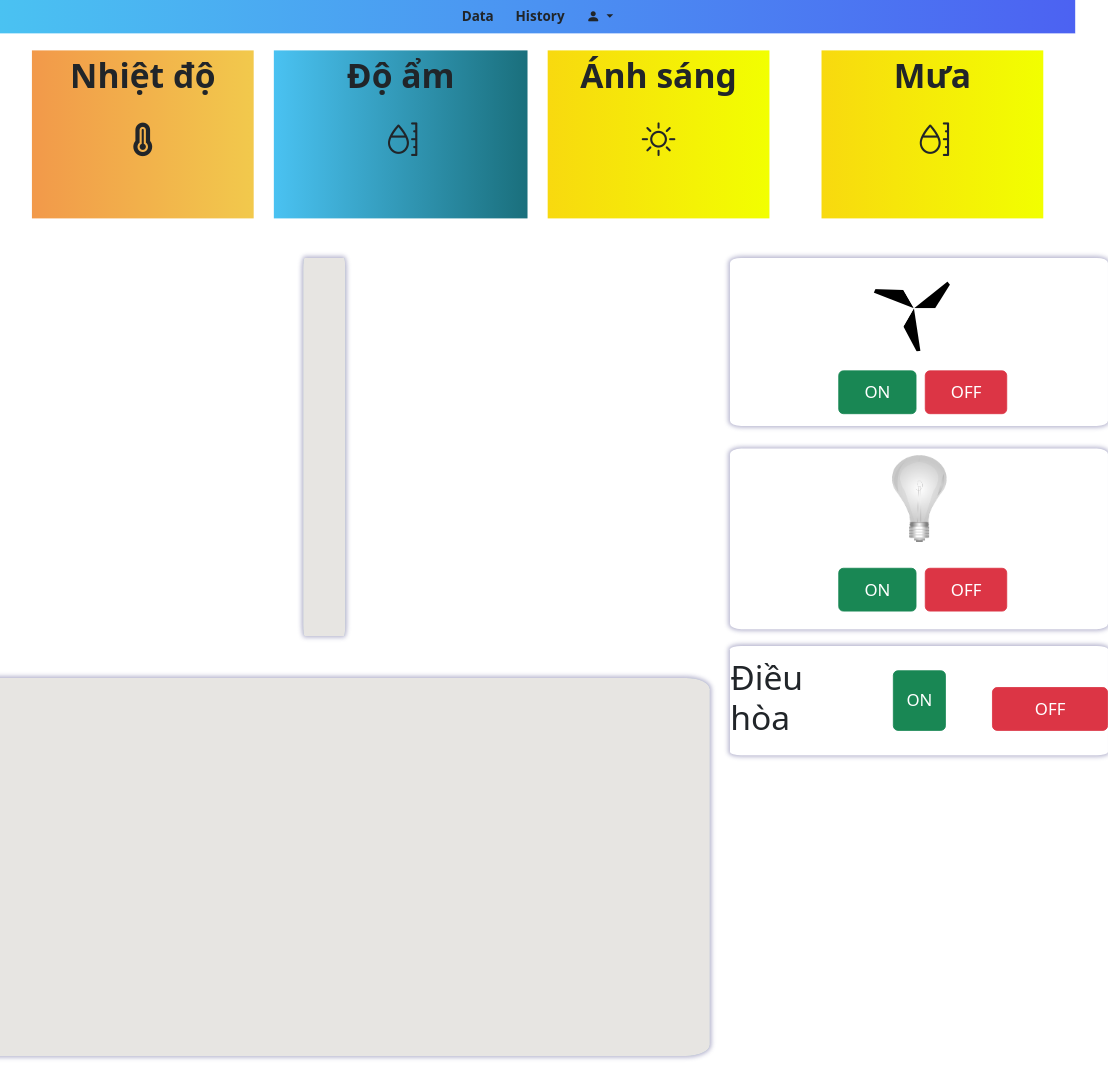
Repository: ndmq03102002/BTL_IOT
Page: Fontend_IOT/iot/index.html
The author's editor kept a copy of each file at every save. The page is drawn from the files as they stood at one save, then again after a run of saves.
The browser window is 1280 px wide. The page is 1319 px wide, so the pictures cover 1319 px, including what lies to the right of the window. The pictures show the whole page, at 84% of full size.
The page's requests for data from a server got no answer. Some web libraries are served in a nearby version.

Above is the page before, as saved 2023-09-25 00:12:38.

### Fontend_IOT/iot/index.html
<!DOCTYPE html>
<html lang="en">
<head>
    <meta charset="UTF-8">
    <meta name="viewport" content="width=device-width, initial-scale=1.0">
    <title>Document</title>
    <link rel="stylesheet" href="style.css">
    <link rel="stylesheet" href="bootstrap/css/bootstrap.css">
    <script src="https://cdnjs.cloudflare.com/ajax/libs/Chart.js/2.9.4/Chart.js"></script>
    <script src="https://kit.fontawesome.com/1be2f108e2.js" crossorigin="anonymous"></script>
    <link rel="stylesheet" href="https://cdn.jsdelivr.net/npm/bootstrap-icons@1.10.5/font/bootstrap-icons.css">
    <link rel="stylesheet" href="https://cdnjs.cloudflare.com/ajax/libs/font-awesome/6.0.0/css/all.min.css" integrity="sha512-9usAa10IRO0HhonpyAIVpjrylPvoDwiPUiKdWk5t3PyolY1cOd4DSE0Ga+ri4AuTroPR5aQvXU9xC6qOPnzFeg==" crossorigin="anonymous" referrerpolicy="no-referrer" />
</head>
<header style="width: 100%; height: 40px; margin :auto;background: linear-gradient(to right, #4ac2f2, #4c62f2)">
    <div class="col-sm-12 data">
        <a href="data.html" class="btn" style="font-weight: bold;">Data</a>
        <a href="history.html" class="btn" style="font-weight: bold;">History</a>
        <div class="btn-group" >
            <a class="btn btn-white dropdown-toggle"  href="#" role="button" data-bs-toggle="dropdown" aria-expanded="false">
                <i class="bi bi-person-fill"></i>
            </a>
            <ul class="dropdown-menu">
                <li><a href="javascript:" class="dropdown-item"><i class="bi bi-person"></i> MSV: B20DCCN567</a></li>
                <li><a href="javascript:" class="dropdown-item"><i class="bi bi-phone"></i> Phone: 0961264306</a></li>
                <li><a href="message.html" class="dropdown-item"><i class="bi bi-envelope"></i> Email: Nguyendinhmanhquynh@gmail.com</a></li>
            </ul>
          </div>
    </div>
</header>
<body>
     <div  style="background-color:white;height:700px; margin-bottom: 50px;">
        <div class="row">
            <div  class="col-sm-3 col-pd"style="padding-left: 50px;" >
                <div class="block1 block-size">
                        <p >Nhiệt độ</p>
                        <p style="display: inline; " class="count1"></p>
                        <span><i class='fa-solid fa-temperature-full'></i></span>

                </div>
            </div>
            <div class="col-sm-3 col-pd">
                <div class="block2 block-size">
                    <p> Độ ẩm</p>
                    <p style="display: inline;" class="count2"></p>
                    <span> <i class="bi bi-moisture"></i></span>
                </div>
            </div>
            <div class="col-sm-3 col-pd" style="padding-right: 50px;">
                <div class="block3 block-size">
                    <p>Ánh sáng</p>
                    <p style="display: inline;" class="count3"></p>
                    <span> <i class="bi bi-brightness-high"></i></span>
                </div>
            </div>
            <div class="col-sm-3 col-pd" style="padding-right: 50px;">
                <div class="block4 block-size">
                    <p>Mưa</p>
                    <p style="display: inline;" class="count4"></p>
                    <span> <i class="bi bi-moisture"></i></span>
                </div>
            </div>
            <div class="col-sm-4 " >
                <div class="block" style="height: 450px;width: 50px; float:right; margin-left:100px">
                    <canvas id="myChart" style="border-radius: 3%; width:100%;height: 100%;background-color: rgb(231, 229, 226);"></canvas>
                </div>
            </div>
            <div class="col-sm-4 " >
                <div class="block" style="height: 450px;width: 950px; float:right; margin-top: 500px;">
                    <canvas id="myChart2" style="border-radius: 3%; width:100%;height: 100%;background-color: rgb(231, 229, 226);"></canvas>
                </div>
            </div>
            <div class="col-sm-4 ">
                <div class="block" style=" background-color: white; height: 200px; width: 450px; float: left; display: flex; justify-content: center; align-items: center;">
                    <div class="fan">
                        <div class="blade blade-1"></div>
                        <div class="blade blade-2"></div>
                        <div class="blade blade-3"></div>
                        <div class="stand"></div>
                    </div>
                    <div class="button" style="margin-top:120px; margin-right: 120px;">
                        <button class="btn btn-success onLampRight " style="--bs-btn-padding-y: 10px; --bs-btn-padding-x: 30px; --bs-btn-font-size: 20px; ">ON</button>
                         <button class="btn btn-danger offLampRight"  style="--bs-btn-padding-y: 10px; --bs-btn-padding-x: 30px; --bs-btn-font-size: 20px;">OFF</button>
                    </div>
                </div>
                <div class="block" style="background-color: white; margin-bottom: 20px; height: 215px; width: 450px; float: left; display: flex; justify-content: center; align-items: center;">
                    <div class="light" >
                        <img src="image/light_off.png" class="img1"/>
                    </div>
                    <div class="button"  style="margin-top:120px; margin-right: 120px;">
                        <button class="btn btn-success onLampLeft "  style="--bs-btn-padding-y: 10px; --bs-btn-padding-x: 30px; --bs-btn-font-size: 20px; ">ON</button>
                         <button class="btn btn-danger offLampLeft"  style="--bs-btn-padding-y: 10px; --bs-btn-padding-x: 30px; --bs-btn-font-size: 20px;">OFF</button>
                    </div>

                </div>
                <div class="block " style="background-color: white; margin-bottom: 20px; height: 130px; width: 450px; float: left; display: flex; justify-content: center; align-items: center;">
                    <div class="" >
                        <div  ><h1>Điều hòa</h1> </div>
                    </div>
                    <div class="button"  style="margin: auto;">
                        <button class="btn btn-success onLamptest"  style="margin-left:45px; --bs-btn-padding-y: 15px; --bs-btn-padding-x: 15px; --bs-btn-font-size: 20px; ">ON</button>
                         <button class="btn btn-danger offLamptest"  style="margin-left:45px; margin-top: 20px; --bs-btn-padding-y: 10px; --bs-btn-padding-x: 50px; --bs-btn-font-size: 20px;">OFF</button>

                    </div>

                </div>
            </div>
        </div>
    </div>
    <p>

    <script src="https://cdn.jsdelivr.net/npm/axios/dist/axios.min.js"></script>
    <script src="./app.js"></script>
    <script src="jquery.js"></script>
    <script src="popper.min.js"></script>
    <script src="bootstrap/js/bootstrap.min.js"></script>
</body>
</html>

### Fontend_IOT/iot/style.css
html {
  margin: 0;
  padding: 0;
}
.data {
  display: flex;
  justify-content: center;
  align-items: center;
}
.data a:hover{
  color: white;
}

.block {
  width: 100%;
  height: 200px;
  margin-right: 0px;
  margin-bottom: 27px;
  background-color: #9fb4d0;

  box-shadow: 0px 0px 5px 2px rgba(97, 95, 151, 0.47);
  border-radius: 3%;
}
.block1 {
  width: 100%;
  height: 200px;
  margin-right: 0px;
  margin-bottom: 27px;
  background: linear-gradient(to right, #f2994a, #f2c94c);
}
.block2 {
  width: 100%;
  height: 200px;
  margin-right: 0px;
  margin-bottom: 27px;
  background: linear-gradient(to right, #4ac2f2, #1a6f7c);
}
.block3 {
  width: 100%;
  height: 200px;
  margin-right: 0px;
  margin-bottom: 27px;
  background: linear-gradient(to right, #f8d90f, #f2ff00);
}
.block4 {
  width: 100%;
  height: 200px;
  margin-right: 0px;
  margin-bottom: 27px;
  background: linear-gradient(to right, #f8d90f, #f2ff00);
}
.abc {
  margin-bottom: 30px;
}
.col-pd {
  padding: 20px;
}
.block-size {
  font-size: 40px;
  font-weight: bold;
  text-align: center;
}
.fan {
  width: 200px;
  height: 200px;
  position: relative;
}

.blade {
  width: 0;
  height: 0;
  position: absolute;
  top: 10%;
  left: 170%;
  transform-origin: 0 50%;
  background-color: #000000;
  border-radius: 50%;
}

.blade-1 {
  width: 50px;
  height: 80px;
  clip-path: polygon(0 50%, 100% 0, 50% 50%);
  transform: rotate(0deg);
  /* animation: rotateFan1 1s linear infinite; */
}

.blade-2 {
  width: 50px;
  height: 80px;
  clip-path: polygon(0 50%, 100% 0, 50% 50%);
  transform: rotate(120deg);
  /* animation: rotateFan2 1s linear infinite; */
}

.blade-3 {
  width: 50px;
  height: 80px;
  clip-path: polygon(0 50%, 100% 0, 50% 50%);
  transform: rotate(240deg);
  /* animation: rotateFan3 1s linear infinite; */
}

@keyframes rotateFan2 {
  to {
    transform: rotate(480deg);
  }
}
@keyframes rotateFan1 {
  to {
    transform: rotate(360deg);
  }
}
@keyframes rotateFan3 {
  to {
    transform: rotate(600deg);
  }
}
.button {
  display: flex;
  flex-direction: row;
  justify-content: space-between;
}

.button .btn-success {
  margin-right: 10px; /* Thêm khoảng cách bên phải cho nút "ON" */
}
.light {
  width: 200px;
  height: 200px;
}
.light img {
  width: 50%;
  height: auto;
  margin-left: 150%;
}

### Fontend_IOT/iot/app.js
let Listbox = document.querySelectorAll(".block-size");
let box1 = Listbox[0];
let box2 = Listbox[1];
let box3 = Listbox[2];

let countTemp = document.querySelector(".count1").innerText
let countHum = document.querySelector(".count2").innerText
let countLight = document.querySelector(".count3").innerText
let count = 0;

function changeTemp() {
  if (countTemp <= 10) {
    box1.style.background = "#9fb4d0";
  } else if (countTemp <= 25) {
    box1.style.background = "#c8b83f";
  } else if (countTemp <= 35) {
    box1.style.background = "#f2c94c";
  } else {
    box1.style.background = "#f2c94c";
  }
  if (countTemp > 50) {
    box1.style.background = "#fd0606";
  }
}
function changeHum() {
  if (countHum <= 10) {
    box2.style.background = "#848590";
  } else if (countHum <= 25) {
    box2.style.background = "#5259a4";
  } else if (countHum <= 35) {
    box2.style.background = "#3846de";
  } else {
    box2.style.background = "#1a6f7c";
  }
  if (countHum > 50) {
    box2.style.background = "#4ac2f2";
  }
}
function changeLight() {
  if (countLight < 100) {
    box3.style.background = "#9fb4d0";
  }
  if (countLight >= 100) {
    box3.style.background = "#f2ff00";
  }
}
function changeMua() {
  if (countHum <= 10) {
    box2.style.background = "#848590";
  } else if (countHum <= 25) {
    box2.style.background = "#5259a4";
  } else if (countHum <= 35) {
    box2.style.background = "#3846de";
  } else {
    box2.style.background = "#1a6f7c";
  }
  if (countHum > 50) {
    box2.style.background = "#4ac2f2";
  }
}
function getTempAllData() {
  fetch("http://localhost:8080/getAllData")
    .then(function (response) {
      return response.json();
    })
    .then(function (posts) {
      const temp = [];
      const hum = [];
      const light = [];
      const mua =[];
      const time =[];
      for(let key of posts){
        temp.push(key.temperature)
        hum.push(key.humidity)
        light.push(key.light)
        mua.push(key.mua)
         time.push(key.time)
        }
      // hiển thị nhiệt độ
      countTemp = document.querySelector(".count1").innerText =
        temp[temp.length - 1];
      countHum = document.querySelector(".count2").innerText =
        hum[hum.length - 1];
      countLight = document.querySelector(".count3").innerText =
        light[light.length - 1];
      countMua = document.querySelector(".count4").innerText =
      mua[mua.length-1];
        changeTemp();
        changeHum();
        changeLight();
        changeMua();

      //hiển thị đồ thị
        new Chart("myChart", {
          type: "line",
          data: {
            labels: time,
            datasets: [
              {
                label: "Temperature",
                data: temp,
                borderColor: "red",
                yAxisID: "temperature-y-axis",
                fill: false,
              },
              {
                label: "Humidity",
                data: hum,
                borderColor: "blue",
                yAxisID: "temperature-y-axis",
                fill: false,
              },
              {
                label: "Light",
                data: light,
                borderColor: "yellow",
                yAxisID: "light-y-axis",
                fill: false,
              },
            ],
          },
          options: {
            legend: { display: true },
            scales: {
              yAxes: [
                {
                  id: "temperature-y-axis", // Đặt ID cho trục tung nhiệt độ
                  position: "left",
                  ticks: {
                    min: 0, // Giá trị tối thiểu trên trục tung nhiệt độ
                    max: 100, // Giá trị tối đa trên trục tung nhiệt độ
                    stepSize: 10, // Bước giữa các giá trị
                  },
                  scaleLabel: {
                    display: true,
                    labelString: "Temperature (°C)",
                  },
                },
                {
                  id: "light-y-axis", // Đặt ID cho trục tung độ ẩm
                  position: "right",
                  ticks: {
                    min: 0, // Giá trị tối thiểu trên trục tung độ ẩm
                    max: 1000, // Giá trị tối đa trên trục tung độ ẩm
                    stepSize: 100, // Bước giữa các giá trị
                  },
                  scaleLabel: {
                    display: true,
                    labelString: "Light (lux)",
                  },
                },
              ],
            },
          },
        });
        new Chart("myChart2", {
          type: "line",
          data: {
            labels: time,
            datasets: [
              {
                label: 'Độ mưa',
                data: mua,
                yAxisID: 'left-y-axis',
                borderColor: 'red',
                backgroundColor: 'transparent',
            },
            ],
          },
          options: {
            legend: { display: true },
            scales: {
              yAxes: [
                {
                  id: 'left-y-axis',
                  position: 'left',
                  ticks: {
                      min: 0, // Giá trị tối thiểu trên trục tung
                       max: 100, // Giá trị tối đa trên trục tung
                        stepSize: 5, // Bước giữa các giá trị

                  },
                  scaleLabel: {
                    display: true,
                    labelString: "Độ mưa (mm)",
                  },
              },
              ],
            },
          },
        });
    })
    .catch(function (err) {
      console.log(err);
    });
}
setInterval(getTempAllData,5000)
function OnFan() {
  const blade1 = (document.querySelector(".blade-1").style.animation =
    "rotateFan1 1s linear infinite");
  const blade2 = (document.querySelector(".blade-2").style.animation =
    "rotateFan2 1s linear infinite");
  const blade3 = (document.querySelector(".blade-3").style.animation =
    "rotateFan3 1s linear infinite");
}
function OffFan() {
  const blade1 = document
    .querySelector(".blade-1")
    .style.removeProperty("animation");
  const blade2 = document
    .querySelector(".blade-2")
    .style.removeProperty("animation");
  const blade3 = document
    .querySelector(".blade-3")
    .style.removeProperty("animation");
}
function OnLight() {
  let img = document.querySelector('.img1');
  img.src = 'image/light_on.png';
}
function OffLight() {
  let img = document.querySelector('.img1');
  img.src = 'image/light_off.png';
}


const OnLampRight = document.querySelector(".onLampRight").addEventListener("click",function(e){
  const postData = "room/lamp,onlampright";

  // Tùy chọn của yêu cầu Fetch
  const requestOptions = {
      method: "POST",                   // Phương thức POST
      headers: {
          "Content-Type": "application/text"  // Kiểu dữ liệu của nội dung là JSON
      },
      body: JSON.stringify(postData)     // Chuyển đổi đối tượng postData thành chuỗi JSON
  };

  // Gọi API sử dụng Fetch
  fetch("http://localhost:8080/controlLamp", requestOptions)
      .then(response => {
          if (!response.ok) {
              throw new Error(`Lỗi khi gọi API: ${response.status}`);
          }
          return response.text;  // Trả về dữ liệu JSON từ phản hồi
      })
      .then(data => {

          OnFan();
          // Xử lý dữ liệu từ API tại đây
      })
      .catch(error => {
          console.error("Lỗi: ", error);
      });
})


function OffFan(){
  const blade1 = document.querySelector(".blade-1").style.removeProperty("animation");
  const blade2 = document.querySelector(".blade-2").style.removeProperty("animation");
  const blade3 = document.querySelector(".blade-3").style.removeProperty("animation");

}
const OffLampRight = document.querySelector(".offLampRight").addEventListener("click",function(e){
  const postData = "room/lamp,offlampright";

  // Tùy chọn của yêu cầu Fetch
  const requestOptions = {
      method: "POST",                   // Phương thức POST
      headers: {
          "Content-Type": "application/text"  // Kiểu dữ liệu của nội dung là JSON
      },
      body: JSON.stringify(postData)     // Chuyển đổi đối tượng postData thành chuỗi JSON
  };

  // Gọi API sử dụng Fetch
  fetch("http://localhost:8080/controlLamp", requestOptions)
      .then(response => {
          if (!response.ok) {
              throw new Error(`Lỗi khi gọi API: ${response.status}`);
          }
          return response.text;  // Trả về dữ liệu JSON từ phản hồi
      })
      .then(data => {
          console.log(data)
          OffFan()
          // Xử lý dữ liệu từ API tại đây
      })
      .catch(error => {
          console.error("Lỗi: ", error);
      });
})


function OnLight(){
  const light = document.querySelector('.img1');
  light.src = 'image/light_on.png';
}
const OnLampLeft = document.querySelector(".onLampLeft").addEventListener("click",function(e){
  const postData = "room/lamp,onlampleft";

  // Tùy chọn của yêu cầu Fetch
  const requestOptions = {
      method: "POST",                   // Phương thức POST
      headers: {
          "Content-Type": "application/text"  // Kiểu dữ liệu của nội dung là JSON
      },
      body: JSON.stringify(postData)     // Chuyển đổi đối tượng postData thành chuỗi JSON
  };

  // Gọi API sử dụng Fetch
  fetch("http://localhost:8080/controlLamp", requestOptions)
      .then(response => {
          if (!response.ok) {
              throw new Error(`Lỗi khi gọi API: ${response.status}`);
          }
          return response.text;  // Trả về dữ liệu JSON từ phản hồi
      })
      .then(data => {
          console.log(data)
          OnLight();
          // Xử lý dữ liệu từ API tại đây
      })
      .catch(error => {
          console.error("Lỗi: ", error);
      });
})



function OffLight(){
  const light = document.querySelector('.img1');
  light.src = 'image/light_off.png';
}
const OffLampLeft = document.querySelector(".offLampLeft").addEventListener("click",function(e){
  const postData = "room/lamp,offlampleft";

  // Tùy chọn của yêu cầu Fetch
  const requestOptions = {
      method: "POST",                   // Phương thức POST
      headers: {
          "Content-Type": "application/text"  // Kiểu dữ liệu của nội dung là JSON
      },
      body: JSON.stringify(postData)     // Chuyển đổi đối tượng postData thành chuỗi JSON
  };

  // Gọi API sử dụng Fetch
  fetch("http://localhost:8080/controlLamp", requestOptions)
      .then(response => {
          if (!response.ok) {
              throw new Error(`Lỗi khi gọi API: ${response.status}`);
          }
          return response.text;  // Trả về dữ liệu JSON từ phản hồi
      })
      .then(data => {
          console.log(data)
          OffLight();
          // Xử lý dữ liệu từ API tại đây
      })
      .catch(error => {
          console.error("Lỗi: ", error);
      });
})

const OnLampTest = document.querySelector(".onLamptest").addEventListener("click",function(e){
  const postData = "room/lamp,onlamptest";

  // Tùy chọn của yêu cầu Fetch
  const requestOptions = {
      method: "POST",                   // Phương thức POST
      headers: {
          "Content-Type": "application/text"  // Kiểu dữ liệu của nội dung là JSON
      },
      body: JSON.stringify(postData)     // Chuyển đổi đối tượng postData thành chuỗi JSON
  };

  // Gọi API sử dụng Fetch
  fetch("http://localhost:8080/controlLamp", requestOptions)
      .then(response => {
          if (!response.ok) {
              throw new Error(`Lỗi khi gọi API: ${response.status}`);
          }
          return response.text;  // Trả về dữ liệu JSON từ phản hồi
      })
      .then(data => {
          console.log(data)
          // Xử lý dữ liệu từ API tại đây
      })
      .catch(error => {
          console.error("Lỗi: ", error);
      });
})


const OffLampTest = document.querySelector(".offLamptest").addEventListener("click",function(e){
  const postData = "room/lamp,offlamptest";

  // Tùy chọn của yêu cầu Fetch
  const requestOptions = {
      method: "POST",                   // Phương thức POST
      headers: {
          "Content-Type": "application/text"  // Kiểu dữ liệu của nội dung là JSON
      },
      body: JSON.stringify(postData)     // Chuyển đổi đối tượng postData thành chuỗi JSON
  };

  // Gọi API sử dụng Fetch
  fetch("http://localhost:8080/controlLamp", requestOptions)
      .then(response => {
          if (!response.ok) {
              throw new Error(`Lỗi khi gọi API: ${response.status}`);
          }
          return response.text;  // Trả về dữ liệu JSON từ phản hồi
      })
      .then(data => {
          console.log(data)
          OffTest();
          // Xử lý dữ liệu từ API tại đây
      })
      .catch(error => {
          console.error("Lỗi: ", error);
      });
})

Loaded but not shown: Fontend_IOT/iot/bootstrap/css/bootstrap.css (library); Fontend_IOT/iot/jquery.js (library); Fontend_IOT/iot/popper.min.js (library); Fontend_IOT/iot/bootstrap/js/bootstrap.min.js (library)

After the next 2 saves:
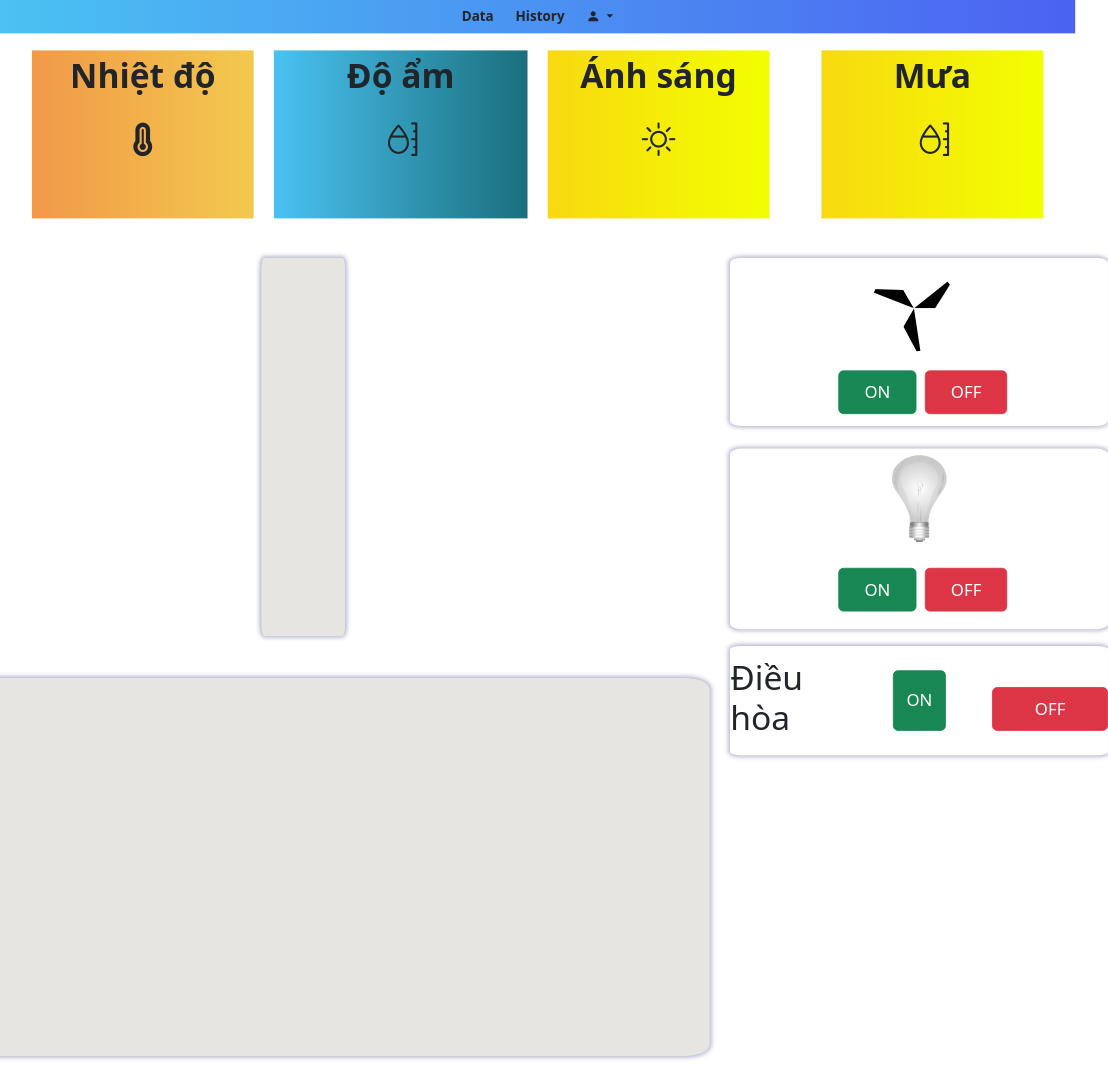
The 2 saves are shown as one change because they came seconds apart.
The last was saved 8 s later.
--- a/Fontend_IOT/iot/index.html
+++ b/Fontend_IOT/iot/index.html
@@ -60,7 +60,7 @@
                 </div>
             </div>
             <div class="col-sm-4 " >
-                <div class="block" style="height: 450px;width: 50px; float:right; margin-left:100px">
+                <div class="block" style="height: 450px;width: 100px; float:right; margin-left:100px">
                     <canvas id="myChart" style="border-radius: 3%; width:100%;height: 100%;background-color: rgb(231, 229, 226);"></canvas>
                 </div>
             </div>
